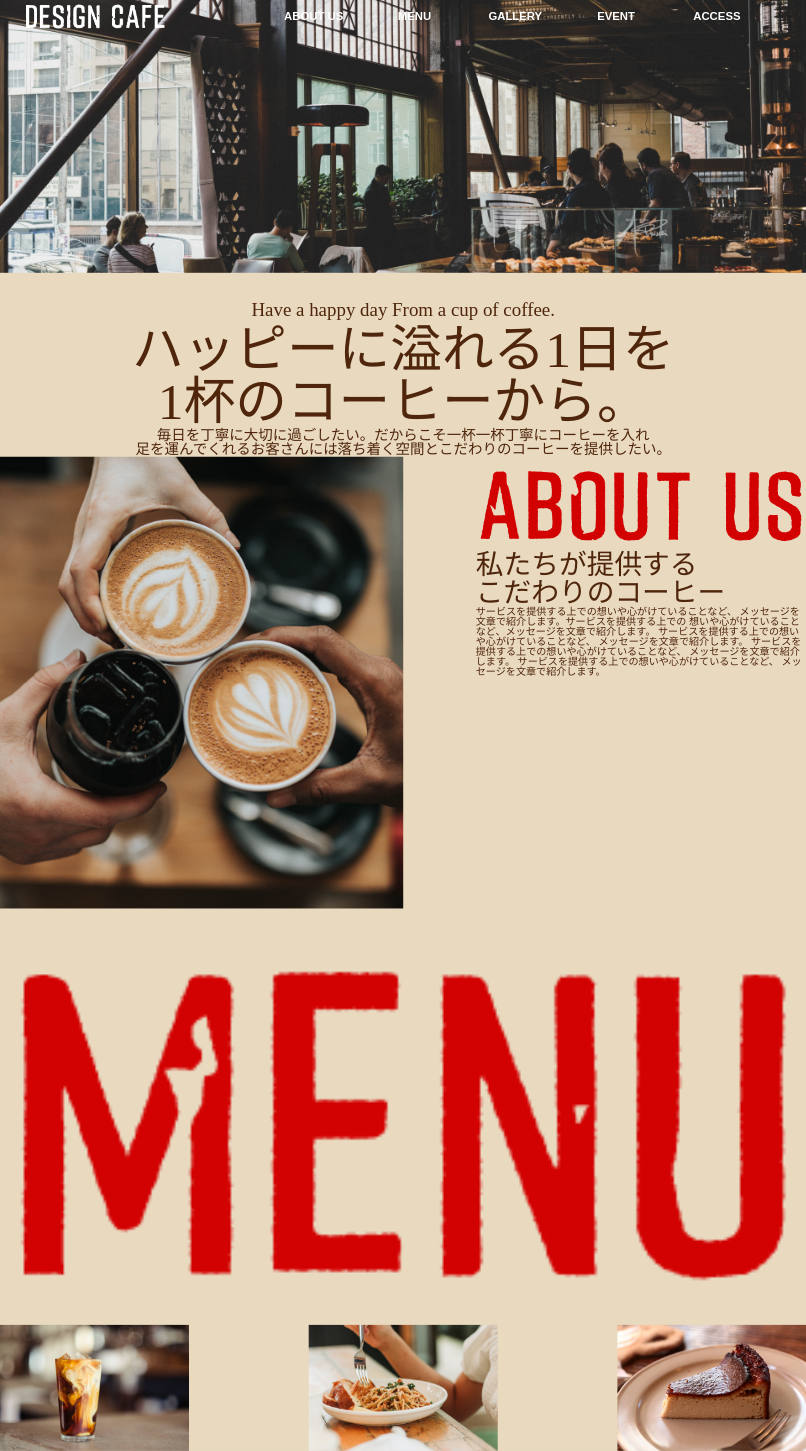
Repository: sonoyama01/dezasuta
Page: 第4回課題/index.html
The author's editor kept a copy of each file at every save. The page is drawn from the files as they stood at one save, then again after the next save.
The browser window is 1280 px wide. The pictures show the whole page, at 63% of full size.

Above is the page before, as saved 2024-05-02 03:27:53.

### 第4回課題/index.html
<!DOCTYPE html>
<html lang="ja">

<head>
    <meta charset="UTF-8">
    <meta name="viewport" content="width=device-width, initial-scale=1.0">
    <title>Desing Cafe</title>
    <link rel="stylesheet" href="./css/style.css">
</head>

<body>
    <!-- ヘッダー -->
    <header>
        <div class="header_slide">
            <div>
                <img src="./images/pc_first-100.jpg" alt="店内の様子">
            </div>
        </div>
        <div class="header_wrap">
            <h1 class="header_logo">
                <img src="./images/design_cafe_logo_header@2x.png" alt="desind cafe">
            </h1>
            <nav class="pc_nav">
                <ul>
                    <li><a href="#about_us">ABOUT US</a></li>
                    <li><a href="#">MENU</a></li>
                    <li><a href="#">GALLERY</a></li>
                    <li><a href="#">EVENT</a></li>
                    <li><a href="#">ACCESS</a></li>
                </ul>
            </nav>
        </div>
    </header>
    <div class="catch_copy">
        <p class="catch_copy_ja"><span class="en">Have a happy day From a cup of coffee.</span><br>
            ハッピーに溢れる1日を<br>
            1杯のコーヒーから。</p><!-- /.catch_copy -->
        <p>毎日を丁寧に大切に過ごしたい。だからこそ一杯一杯丁寧にコーヒーを入れ<br>
            足を運んでくれるお客さんには落ち着く空間とこだわりのコーヒーを提供したい。</p>
    </div><!-- /.catch_copy -->
    <!-- ABOUT US -->
    <section id="about_us_fx">
        <div class="about_us">
            <div class="about_us_im"><img src="./images/pc_about-100.jpg" alt=""></div>
            <div class="about_us_text">
                <img src="./images/about_us@2x.png" alt="">
                <p class="abouot_us_concept">私たちが提供する<br>
                    こだわりのコーヒー</p><!-- /.abouot_us_concept -->
                <p class="about_us_texts">
                    サービスを提供する上での想いや心がけていることなど、
                    メッセージを文章で紹介します。サービスを提供する上での
                    想いや心がけていることなど、メッセージを文章で紹介します。
                    サービスを提供する上での想いや心がけていることなど、
                    メッセージを文章で紹介します。
                    サービスを提供する上での想いや心がけていることなど、
                    メッセージを文章で紹介します。
                    サービスを提供する上での想いや心がけていることなど、
                    メッセージを文章で紹介します。
                </p><!-- /.about_us_text -->
            </div>

        </div><!-- /.about_us -->
    </section><!-- /#about_us -->

    <!-- MENU -->
    <section id="menu_fx">
        <h2><img src="./images/menu@2x.png" alt="menu"></h2>
        <div class="menu">

            <div class="drink">
                <img src="./images/pc_menu_drink-100.jpg" alt="drink">
            </div><!-- /.drink -->
            <div class="food">
                <img src="./images/pc_menu_food-100.jpg" alt="food">
            </div><!-- /.food -->
            <div class="sweets">
                <img src="./images/pc_menu_sweets-100.jpg" alt="sweet">
            </div><!-- /.sweets -->
        </div>
    </section><!-- /#menu_fx -->

</body>

</html>

### 第4回課題/css/style.css
@charset "utf-8";

/* cssリセット */

/*利用するタグによってこちらの内容は増やす*/

html,
body,
h1,
h2,
h3,
p,
dl,
dt,
dd,
ul,
li {
  margin: 0;
  padding: 0;
  line-height: 1;
  /*デフォルトの文字色、font-familyを予め当てておく*/
  color: #4f260b;
  font-family: "游明朝", YuMincho, "Hiragino Mincho ProN W3",
    "ヒラギノ明朝 ProN W3", "Hiragino Mincho ProN", "HG明朝E", "ＭＳ Ｐ明朝",
    "ＭＳ 明朝", serif;
}

a {
  /*下線を消す*/
  text-decoration: none;
  /*色を消す*/
  color: inherit;
  transition: 0.3s;
}

a:hover {
  opacity: 0.5;
}

ul {
  /*左の「・」を消す*/
  list-style: none;
}

img {
  max-width: 100%;
  width: 100%;
  height: auto;
  vertical-align: bottom;
  border: none;
}

body {
  background-color: #e8d9bf;
  font-size: 23px;
}

/* ヘッダー */
.pc_nav ul {
  display: flex;
  gap: 55px;
}

.pc_nav ul li {
  width: 105px;
  text-align: center;
  color: #ffffff;
  font-weight: bold;
  font-size: 18px;
  font-family: "Hiragino Sans W3", "Hiragino Kaku Gothic ProN",
    "ヒラギノ角ゴ ProN W3", "メイリオ", Meiryo, "ＭＳ Ｐゴシック", "MS PGothic",
    sans-serif;
}

.header_logo {
  width: 226px;
}

.header_wrap {
  display: flex;
  justify-content: space-between;
  align-items: center;
  padding: 0 7% 0 3%;
  position: absolute;
  top: 0;
  left: 0;
  width: 100%;
  box-sizing: border-box;
}

/* ============================
* キャッチコピー
* ========================= */
.catch_copy {
  text-align: center;
}
.en {
  font-size: 30px;
}
.catch_copy_ja {
  font-size: 82px;
}

/* ============================
* ABOUT US
* ========================= */
.about_us {
  display: flex;
  justify-content: space-between;
}
.about_us_im {
  width: 50%;
}
.abouot_us_concept {
  font-size: 44px;
}
.about_us_text {
  width: 41%;
}
.about_us_texts {
  font-size: 16px;
}

/* ============================
* MENU
* ========================= */
.menu_im {
  width: 15%;
  margin: 0 auto;
}
.menu {
  display: flex;
  justify-content: space-between;
}

After the next save:
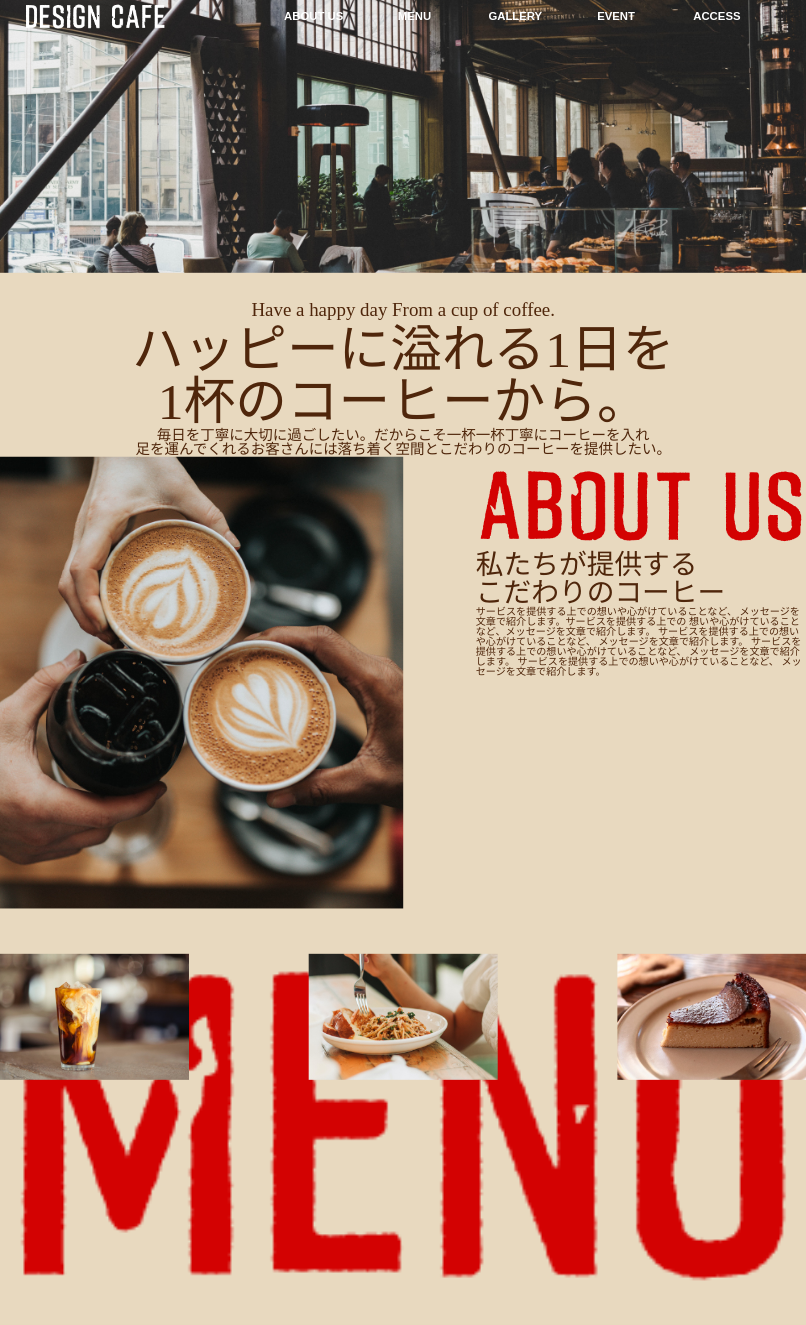
Saved 80 s later.
--- a/第4回課題/css/style.css
+++ b/第4回課題/css/style.css
@@ -101,6 +101,10 @@ body {
   font-size: 82px;
 }
 
+h2 {
+  height: 72px;
+}
+
 /* ============================
 * ABOUT US
 * ========================= */
